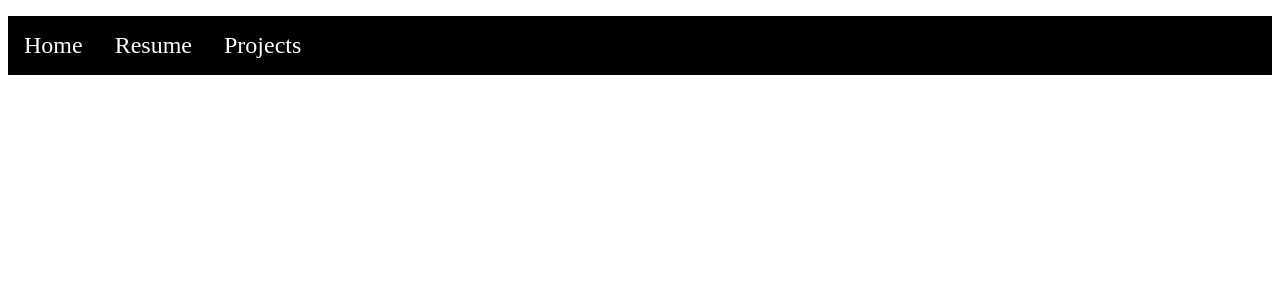
Repository: GiangNguyen2805/GiangNguyen2805.github.io
Page: index.html
The author's editor kept a record of every edit. The page is drawn from the files as they stood at one moment, then again after the next edit.
The browser window is 1280 px wide. The pictures show the whole page.

Above is the page before.

### index.html
<!DOCTYPE html>
<html>
<head>
<title>Page Title</title>
<style>
    .navbar{
        list-style: none;
        background-color: black;
        overflow: hidden;
        padding: 0;
    }
    .navbar a, .dropdown div{
        text-decoration: none;
        color: white ;
        font-size: 24px;
        padding: 16px;
        display: inline-block;
    }
   .navbar li{
       float: left;
   }
   .navbar li:hover{
       background-color: blue;
   }
   .dropdown-content{
       list-style: none;
       padding: 0;
       display: none;
       position: absolute;
       z-index: 1;
       background-color: black
   }
   .dropdown-content li{
       float: none;
   }
   .dropdown:hover .dropdown-content{
       display: block;
   }
</style>


</head>
<body>

<ul class="navbar">
<li><a href="./">Home</a></li>
<li><a href="resume.html">Resume</a></li>
<li class="dropdown">
    <div>Projects</div>
    <ul class="dropdown-content">
        <li><a href="a">Project 1</a></li>
        <li><a href="a">Project 2</a></li>
        <li><a href="a">Project 3</a></li>

    </ul>
</li>
</body>
</html>

After the next edit:
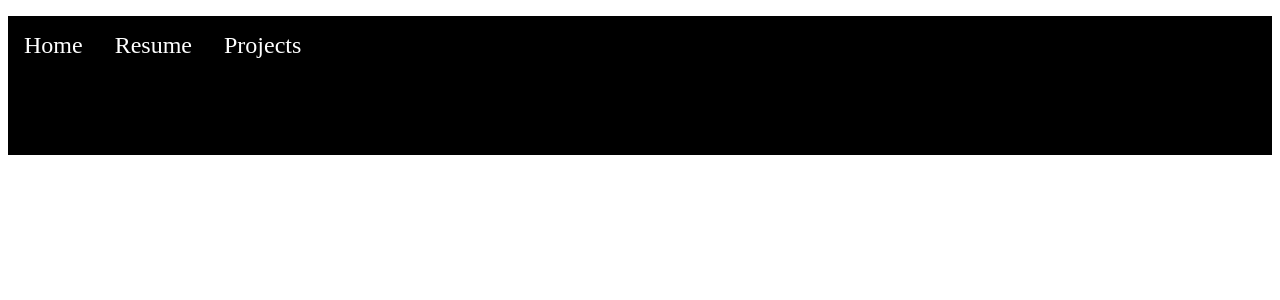
The edit:
--- a/index.html
+++ b/index.html
@@ -53,6 +53,10 @@
         <li><a href="a">Project 3</a></li>
 
     </ul>
+
+    <h1>Home</h1>
+
+
 </li>
 </body>
 </html>

After the 2 edits that followed:
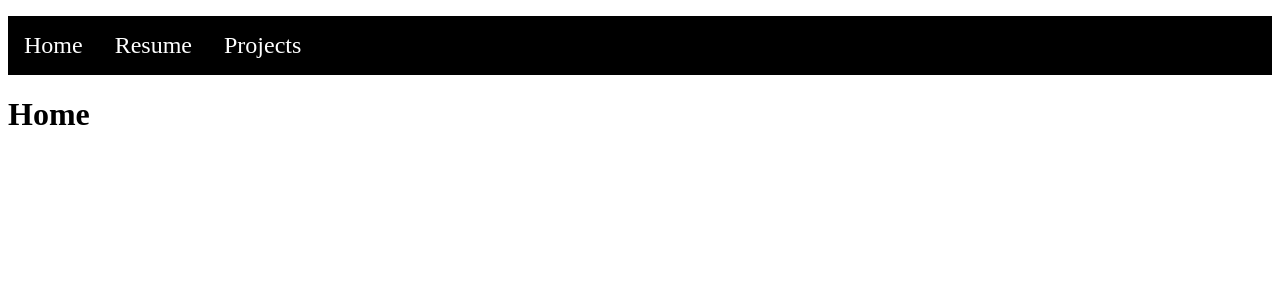
The 2 edits are shown as one change because 1 left the picture as it was.
The edit:
--- a/index.html
+++ b/index.html
@@ -43,7 +43,7 @@
 <body>
 
 <ul class="navbar">
-<li><a href="./">Home</a></li>
+<li><a href="/index.html">Home</a></li>
 <li><a href="resume.html">Resume</a></li>
 <li class="dropdown">
     <div>Projects</div>
@@ -53,6 +53,7 @@
         <li><a href="a">Project 3</a></li>
 
     </ul>
+</ul>
 
     <h1>Home</h1>
 
